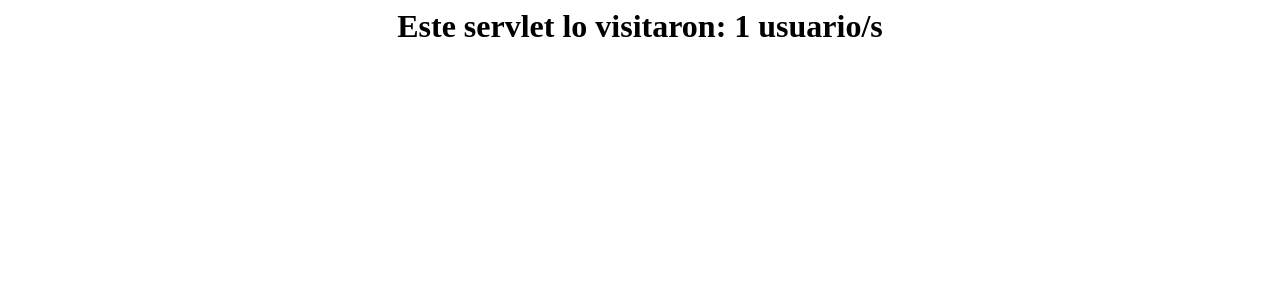
Repository: felipeverdugo/Java-y-Aplicaciones-Avanzadas-sobre-Internet
Page: http://localhost/Practica1Web40/ContadorVisitas
An editor plug-in stored every save of this project. The page is shown before and after the next save, followed by the edit.
The browser window is 1280 px wide. The pictures show the whole page.
The page is served by Tomcat 10.

Above is the page before, as saved 2024-03-20 12:00:14.

After the next save:
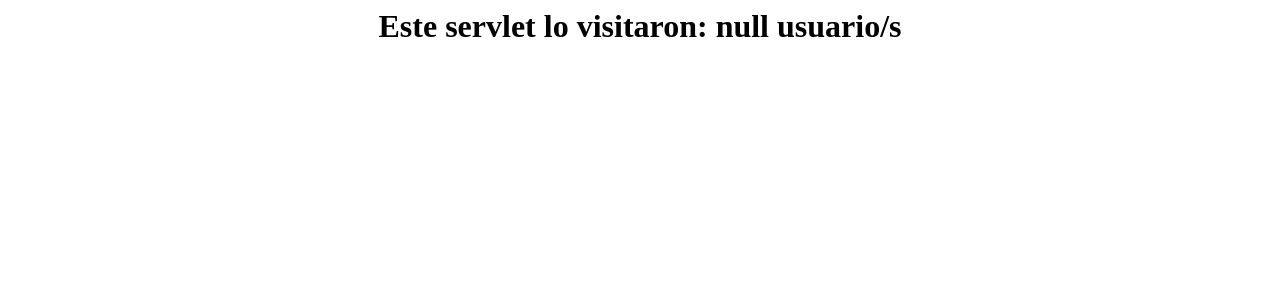
Saved 4 min 56 s later.
--- a/work/Practica1Web40/src/main/java/misServlets/ContadorVisitas.java
+++ b/work/Practica1Web40/src/main/java/misServlets/ContadorVisitas.java
@@ -31,11 +31,9 @@
 	 */
 	protected void doGet(HttpServletRequest request, HttpServletResponse response) throws ServletException, IOException {
 		// TODO Auto-generated method stub
-		ServletContext context = getServletContext();
-		int valor = Integer.parseInt(context.getInitParameter("contador"));
-		context.setAttribute("contador", 1);
 
 
+		Integer contador = (Integer) getServletContext().getAttribute("contadorVisitas");
 
 
 		response.setContentType("text/html");
@@ -45,7 +43,7 @@
 		out.println("<TITLE> Hola Mundo </TITLE>");
 		out.println("</HEAD>");
 		out.println("<BODY>");
-		out.println("<CENTER> <H1> Este servlet lo visitaron: "+ valor++ +" usuario/s  </H1> </CENTER>");
+		out.println("<CENTER> <H1> Este servlet lo visitaron: "+ contador +" usuario/s  </H1> </CENTER>");
 		out.println("</BODY>");
 		out.println("</HTML>");
 

After the save that followed:
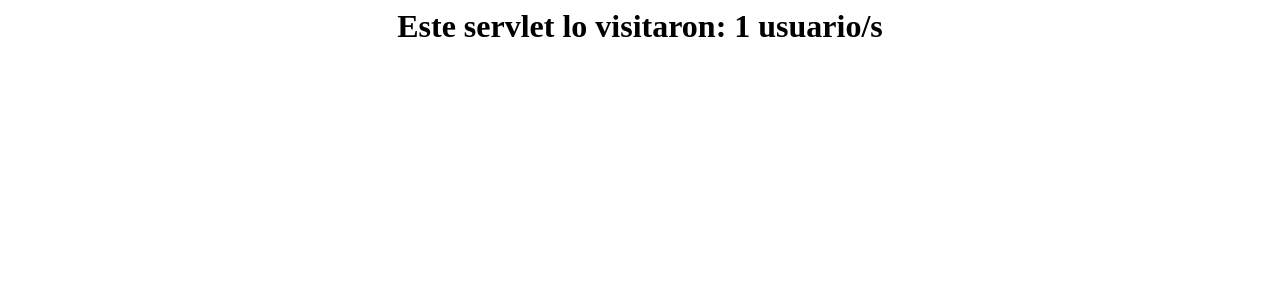
Saved 53 s later.
--- a/work/Practica1Web40/src/main/java/misServlets/ContadorVisitas.java
+++ b/work/Practica1Web40/src/main/java/misServlets/ContadorVisitas.java
@@ -35,6 +35,9 @@
 
 		Integer contador = (Integer) getServletContext().getAttribute("contadorVisitas");
 
+		contador = (contador == null) ? 1 : contador + 1;
+
+		getServletContext().setAttribute("contadorVisitas", contador);
 
 		response.setContentType("text/html");
 		PrintWriter out=response.getWriter();
